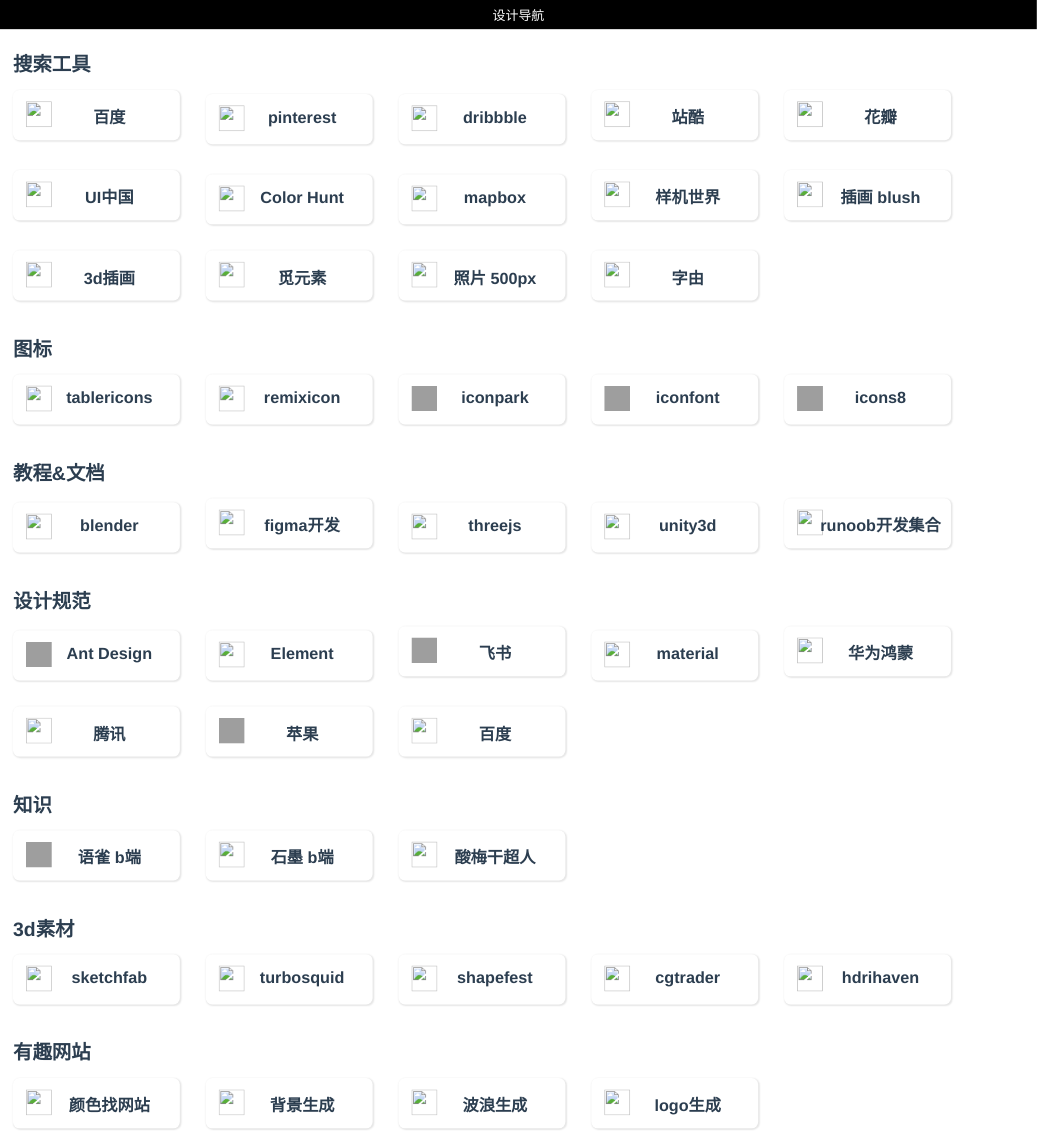
Repository: LiuZixu-aurelio/collection
Page: /
An editor plug-in stored every save of this project. The page is shown before and after the next save, followed by the edit.
The browser window is 1280 px wide. The page is 1296 px wide, so the pictures cover 1296 px, including what lies to the right of the window. The pictures show the whole page, at 81% of full size.
Pictures or frames that could not be fetched are drawn as grey boxes. The project was rebuilt for these pictures with package versions that can differ from the ones it lists, and the page was loaded fresh each time. Also part of the build but not shown: vue.config.js.

Above is the page before, as saved 2022-07-07 16:42:34.

### src/App.vue
<template>
  <div>
    <div class="title">设计导航</div>
    <HelloWorld />
  </div>
</template>

<script>
import HelloWorld from './components/HelloWorld.vue'

export default {
  name: 'App',
  components: {
    HelloWorld
  }
}
</script>

<style>
#app {
  font-family: Avenir, Helvetica, Arial, sans-serif;
  -webkit-font-smoothing: antialiased;
  -moz-osx-font-smoothing: grayscale;
  color: #2c3e50;
}

.title {
  background-color: #000;
  color: #fff;
  justify-content: center;
  align-items: center;
  display: flex;
  height: 36px;
}
body {
  margin: 0px;
}
</style>

### src/components/HelloWorld.vue
<template>
  <div>
    <div>
      <h2>搜索工具</h2>
      <Card class='card' msg="百度" web="https://www.baidu.com" logo="https://www.baidu.com/favicon.ico"/>
      <Card class='card' msg="pinterest" web="https://dribbble.com/" logo="https://s.pinimg.com/images/favicon_red_192.png"/>
      <Card class='card' msg="dribbble" web="https://it.pinterest.com/" logo="https://cdn.dribbble.com/assets/favicon-b38525134603b9513174ec887944bde1a869eb6cd414f4d640ee48ab2a15a26b.ico"/>
      <Card class='card' msg="站酷" web="https://www.zcool.com.cn/" logo="https://static.zcool.cn/git_z/z/site/favicon.ico?version=1618914637608"/>
      <Card class='card' msg="花瓣" web="https://huaban.com/" logo="https://huaban.com/favicon.ico"/>
      <Card class='card' msg="UI中国" web="https://www.ui.cn/" logo="https://www.ui.cn/favicon.ico"/>
      <Card class='card' msg="Color Hunt" web="https://colorhunt.co/" logo="https://colorhunt.co/img/colorhunt-favicon.svg?2"/>
      <Card class='card' msg="mapbox" web="https://api.mapbox.com/styles/v1/mapbox/light-v10.html?title=true&access_token=pk.eyJ1IjoibWFwYm94IiwiYSI6ImNpejY4M29iazA2Z2gycXA4N2pmbDZmangifQ.-g_vE53SD2WrJ6tFX7QHmA#13.52/47.50887/19.08254" logo="https://static-assets.mapbox.com/branding/favicon/v1/favicon.ico?v=gAd4JjrGWl"/>
      <Card class='card' msg="样机世界" web="https://www.mockupworld.co/all-mockups/" logo="https://www.mockupworld.co/wp-content/uploads/fbrfg/favicon.ico"/>
      <Card class='card' msg="插画 blush" web="https://blush.design/zh-CN?ref=producthunt" logo="https://blush.design/favicon-32x32.png"/>
      <Card class='card' msg="3d插画" web="https://3ddd.casa/" logo="https://3ddd.casa/img/favicon.png"/>
      <Card class='card' msg="觅元素" web="http://www.51yuansu.com/" logo="https://www.51yuansu.com/favicon.ico"/>
      <Card class='card' msg="照片 500px" web="https://500px.com.cn/" logo="https://pic.500px.me/images/favicon_n.ico"/>
      <Card class='card' msg="字由" web="https://www.hellofont.cn/" logo="https://www.hellofont.cn/favicon.ico"/>

      <h2>图标</h2>
      <Card class='card' msg="tablericons" web="https://tablericons.com/" logo="https://tablericons.com/favicon.png"/>
      <Card class='card' msg="remixicon" web="https://remixicon.com/" logo="https://static-assets.mapbox.com/branding/favicon/v1/favicon.ico?v=gAd4JjrGWl"/>
      <Card class='card' msg="iconpark" web="https://iconpark.oceanengine.com/official" logo="https://lf1-cdn2-tos.bytegoofy.com/bydesign/iconparksite/logo.svg"/>
      <Card class='card' msg="iconfont" web="https://www.iconfont.cn/" logo="https://img.alicdn.com/imgextra/i2/O1CN01ZyAlrn1MwaMhqz36G_!!6000000001499-73-tps-64-64.ico"/>
      <Card class='card' msg="icons8" web="https://icons8.com/animated-icons/color" logo="https://maxst.icons8.com/vue-static/landings/primary-landings/favs/icons8_fav_32%C3%9732.png"/>


      <h2>教程&文档</h2>
      <Card class='card' msg="blender" web="https://docs.blender.org/manual/zh-hans/3.2/" logo="https://docs.blender.org/manual/zh-hans/3.2/_static/favicon.ico"/>
      <Card class='card' msg="figma开发" web="https://www.figma.com/plugin-docs/intro/" logo="https://www.figma.com/plugin-docs/img/favicon.ico"/>
      <Card class='card' msg="threejs" web="https://threejs.org/docs/index.html#manual/zh/introduction/Creating-a-scene" logo="https://threejs.org/files/favicon.ico"/>
      <Card class='card' msg="unity3d" web="https://docs.unity3d.com/cn/2022.1/Manual/UnityManual.html" logo="https://docs.unity3d.com/cn/2022.1/StaticFiles/images/favicons/apple-touch-icon.png"/>
      <Card class='card' msg="runoob开发集合" web="https://www.runoob.com/" logo="https://static.runoob.com/images/favicon.ico"/>


      <h2>设计规范</h2>
      <Card class='card' msg="Ant Design" web="https://ant.design/" logo="https://gw.alipayobjects.com/zos/rmsportal/rlpTLlbMzTNYuZGGCVYM.png"/>
      <Card class='card' msg="Element" web="https://element-plus.gitee.io/zh-CN/#/zh-CN" logo="https://element-plus.gitee.io/apple-touch-icon.png"/>
      <Card class='card' msg="飞书" web="https://open.feishu.cn/document/uYjL24iN/ukjNzUjL5YzM14SO2MTN" logo="https://s3-imfile.feishucdn.com/static-resource/v1/1941d42c-fccc-44bb-bfcc-854d71b7ed3g"/>
      <Card class='card' msg="material" web="https://www.material.io/" logo="https://www.material.io/static/assets/favicon.ico"/>
      <Card class='card' msg="华为鸿蒙" web="https://developer.harmonyos.com/cn/design" logo="https://developer.harmonyos.com/assets/image/favicon.ico?v=202206062122"/>
      <Card class='card' msg="腾讯" web="https://tdesign.tencent.com/" logo="https://static.tdesign.tencent.com/favicon.ico"/>
      <Card class='card' msg="苹果" web="https://developer.apple.com/cn/design/" logo="https://developer.apple.com/apple-logo.svg"/>
      <Card class='card' msg="百度" web="https://www.baidu.com" logo="https://www.baidu.com/favicon.ico"/>

      <h2>知识</h2>
      <Card class='card' msg="语雀 b端" web="https://www.yuque.com/sardine/lvdo4s" logo="https://gw.alipayobjects.com/mdn/prod_resou/afts/img/A*CUIoT4xopNYAAAAAAAAAAABkARQnAQ"/>
      <Card class='card' msg="石墨 b端" web="https://shimo.im/docs/kcndgcoA0skbv6Jh/read" logo="https://as.smvm.cn/from_qbox/favicon.ico"/>
      <Card class='card' msg="酸梅干超人" web="http://www.supermancall.com/" logo="https://as.smvm.cn/from_qbox/favicon.ico"/>

      <h2>3d素材</h2>
      <Card class='card' msg="sketchfab" web="https://sketchfab.com/3d-models?features=downloadable&sort_by=-likeCount" logo="https://static.sketchfab.com/static/builds/web/dist/static/assets/images/favicon/2f53b6d625305dad5f61e53c5b3d8125-v2.png"/>
      <Card class='card' msg="turbosquid" web="https://www.turbosquid.com/" logo="https://www.turbosquid.com/favicon-32x32.png"/>
      <Card class='card' msg="shapefest" web="https://www.shapefest.com/" logo="https://uploads-ssl.webflow.com/5f0e589021058152a1d327da/5f162b55f04b5837d71a5fce_Favicon%20Copy.png"/>
      <Card class='card' msg="cgtrader" web="https://www.cgtrader.com/" logo="https://www.cgtrader.com/favicon.ico"/>
      <Card class='card' msg="hdrihaven" web="https://hdrihaven.com/hdris/category/?c=all" logo="https://polyhaven.com/favicon.ico"/>


      <h2>有趣网站</h2>
      <Card class='card' msg="颜色找网站" web="https://reeoo.com/" logo="https://iphone.reeoo.com/assets/favicon.ico"/>
      <Card class='card' msg="背景生成" web="https://app.haikei.app/" logo="https://iphone.reeoo.com/assets/favicon.ico"/>
      <Card class='card' msg="波浪生成" web="https://getwaves.io/" logo="https://getwaves.io/favicon-32x32.png?v=f13a1a2e88a9720e746d5561039d3f5f"/>
      <Card class='card' msg="logo生成" web="https://www.logomaker.com.cn/" logo="https://www.logomaker.com.cn/favicon.ico"/>

    </div>
  </div>
</template>

<script>

import Card from './Card.vue'
export default {
  components: { Card },
  name: 'HelloWorld',
  props: {
    msg: String
  }
}
</script>

<!-- Add "scoped" attribute to limit CSS to this component only -->
<style scoped>
.card {
  display:inline-block;
  margin: 16px;
}
h2 {
  left: 16px;
  position: relative;
  margin: 24px 0px 0px 0px;
}

</style>

### src/components/Card.vue
<template>
  <div @click="openweb" class="cardin">
    <img :src="logo" alt="">
    <div class="text1"><span>{{msg}}</span></div>
  </div>
</template>

<script>

export default {
  name: 'Card',
  data: function(){
    return {

      }
  },
  props: {
    msg: String,
    web: String,
    logo: String
  },
  methods:{
    openweb:function(){
      window.open(this.web)
    }
  }
}
</script>

<!-- Add "scoped" attribute to limit CSS to this component only -->
<style scoped>
.cardin {
  width: 190px;
  height: 46px;
  padding: 8px;
  border-radius: 8px;
  box-shadow: 1px 1px 2px 1px rgba(0, 0, 0, .1)
}
.cardin:hover {
  box-shadow: 1px 1px 8px 4px rgba(0, 0, 0, .1)
}
img {
  width: 32px;
  height: 32px;
  position: relative;
  top: 6px;
  margin-left: 8px;
}
span {
  position: relative;
  top: -26px;
  margin-left: 16px;
  font-size: 20px;
  font-weight: 800;
}
.text1 {
  justify-content: center;
  display:flex;
  position: relative;
  right: -8px;
}
</style>

Loaded but not shown: public/index.html (common file); src/main.js (common file)

After the next save:
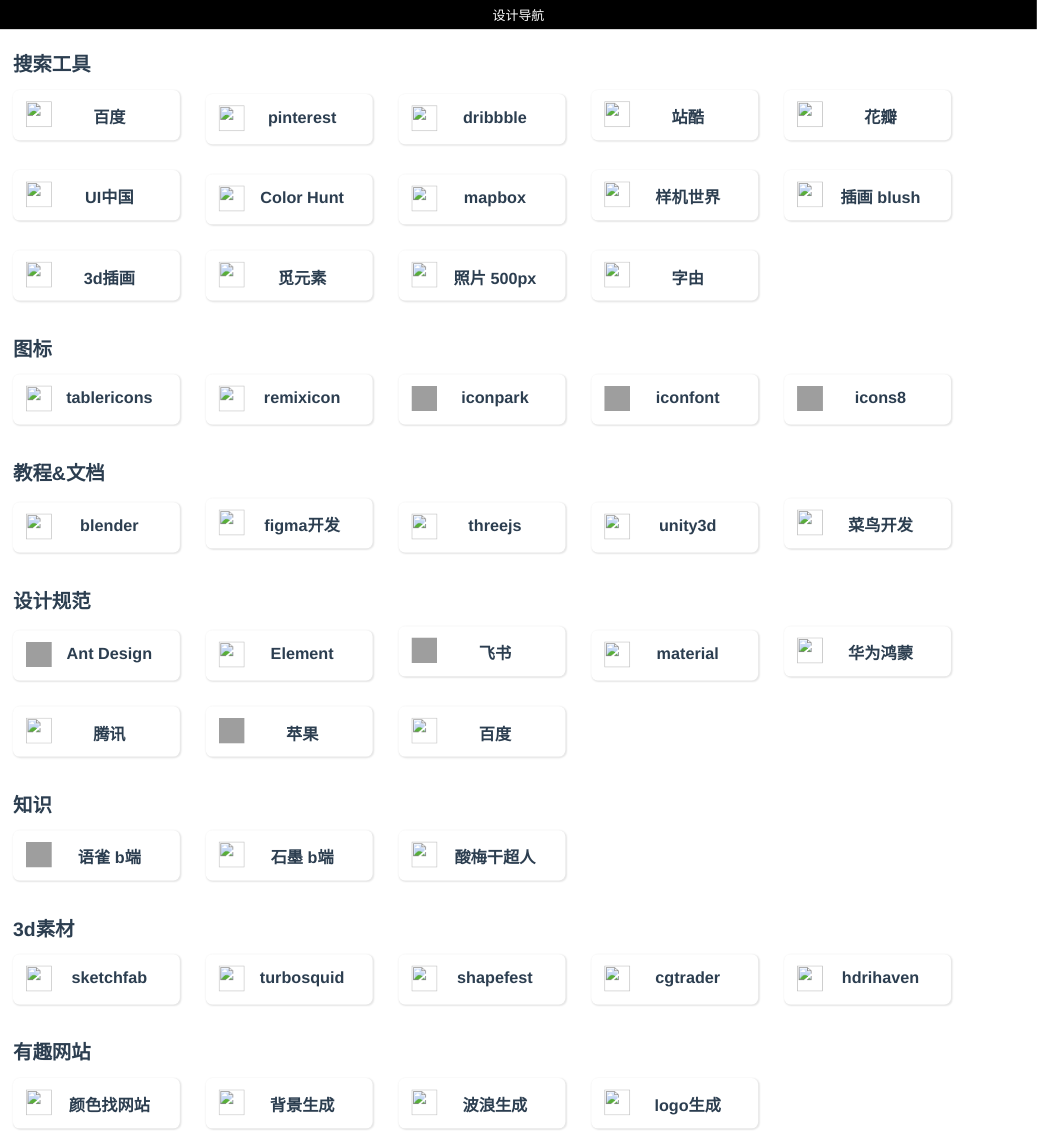
Saved 29 s later.
--- a/src/components/HelloWorld.vue
+++ b/src/components/HelloWorld.vue
@@ -30,7 +30,7 @@
       <Card class='card' msg="figma开发" web="https://www.figma.com/plugin-docs/intro/" logo="https://www.figma.com/plugin-docs/img/favicon.ico"/>
       <Card class='card' msg="threejs" web="https://threejs.org/docs/index.html#manual/zh/introduction/Creating-a-scene" logo="https://threejs.org/files/favicon.ico"/>
       <Card class='card' msg="unity3d" web="https://docs.unity3d.com/cn/2022.1/Manual/UnityManual.html" logo="https://docs.unity3d.com/cn/2022.1/StaticFiles/images/favicons/apple-touch-icon.png"/>
-      <Card class='card' msg="runoob开发集合" web="https://www.runoob.com/" logo="https://static.runoob.com/images/favicon.ico"/>
+      <Card class='card' msg="菜鸟开发" web="https://www.runoob.com/" logo="https://static.runoob.com/images/favicon.ico"/>
 
 
       <h2>设计规范</h2>
